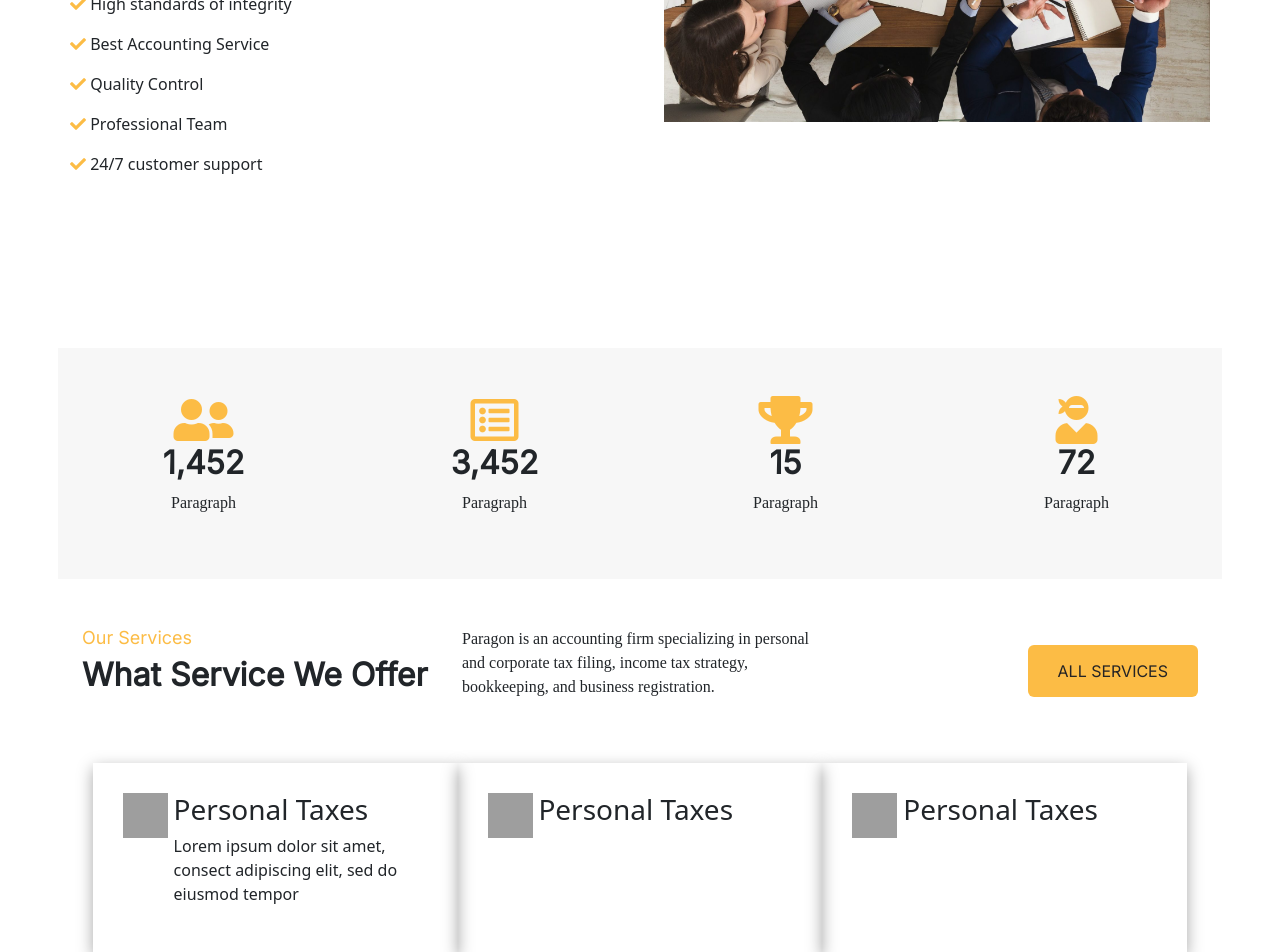
Repository: FailureMaster/paragonaccounting
Page: http://localhost/index.html
These files come from the project's save history. The page is drawn as it stood at one moment and after the next save; the edit follows.
The browser window is 1280 px wide. The pictures show the part of the page from y = 1285 to 2237 px (the page is 2237 px tall).
Pictures or frames that could not be fetched are drawn as grey boxes. Some web fonts or font styles are not loaded; a fallback is used. The page is run by PHP 8.4 with error messages shown; the project is at /var/www/html/.

Above is the page before, as saved 2022-12-21 00:44:12.

After the next save:
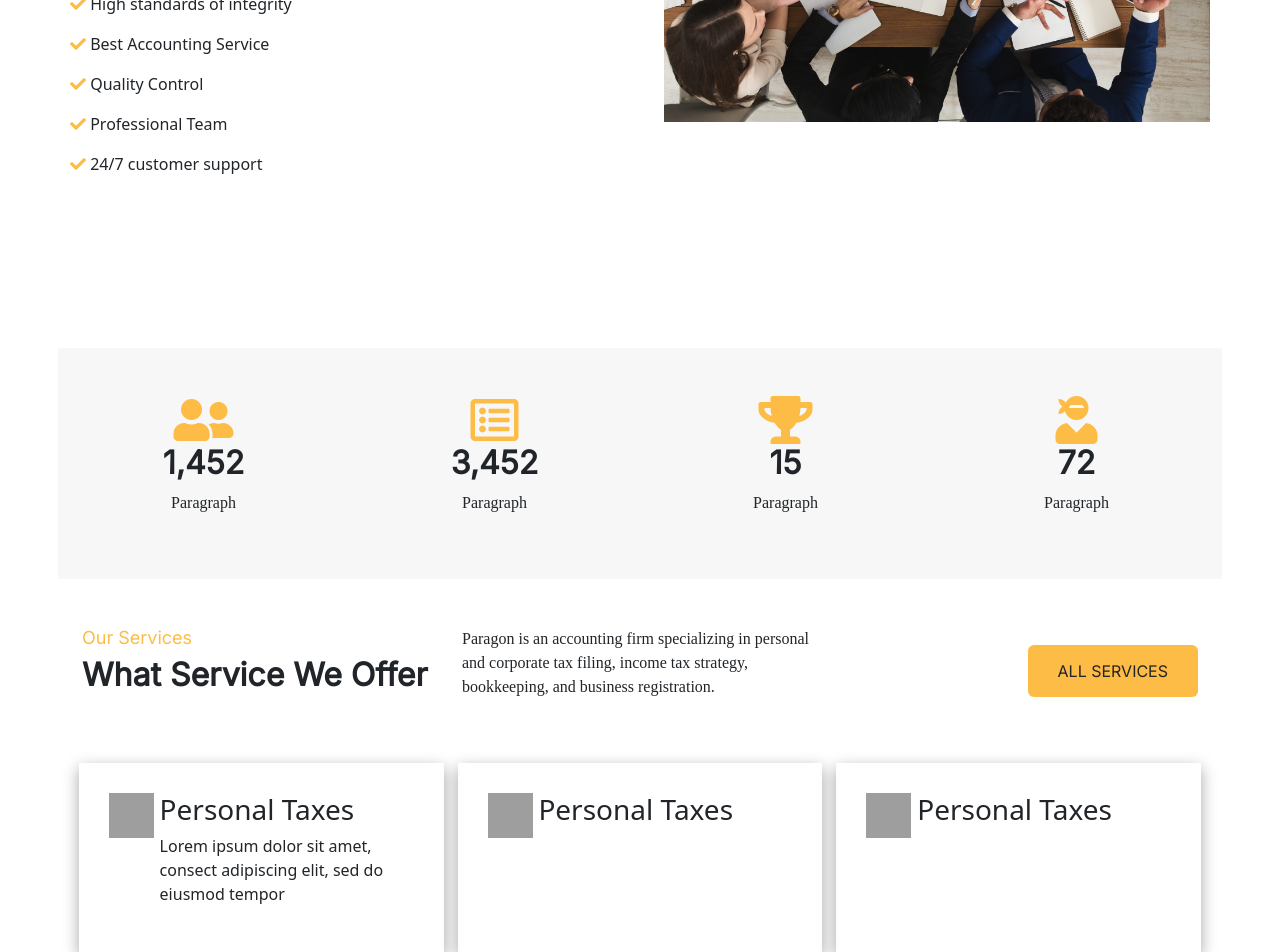
Saved 34 s later.
--- a/assets/css/styles.css
+++ b/assets/css/styles.css
@@ -164,6 +164,10 @@ nav .container {
   color: #FCBC45;
 }
 
+.service-offer {
+  column-gap: 0.875rem;
+}
+
 .service-offer .service-box {
   width: 32%;
   padding: 30px;
